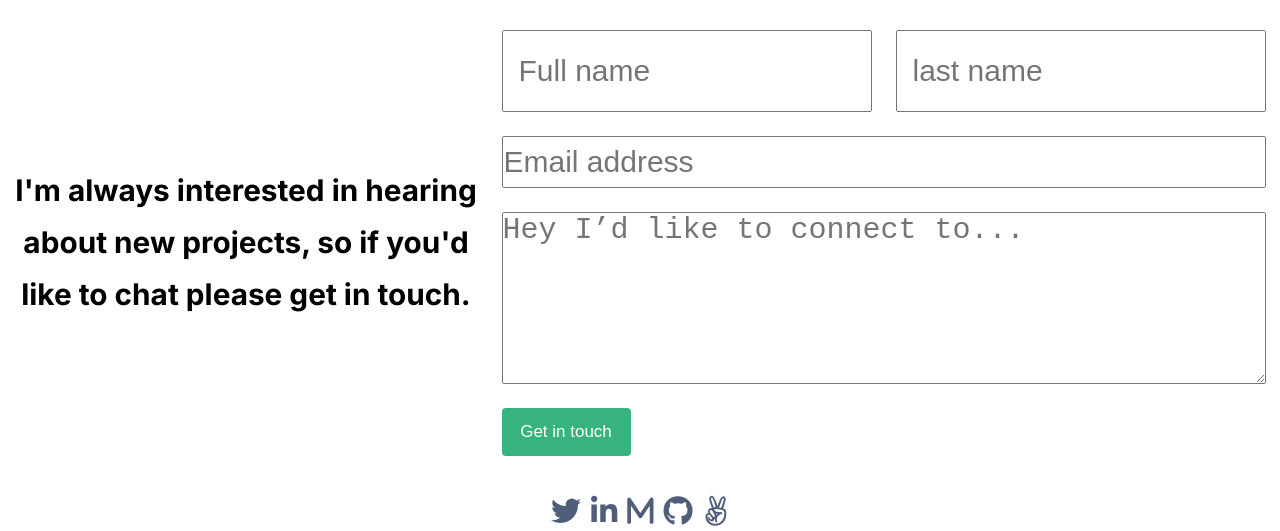
Repository: usman3123/portfolio-template-2
Page: index.html
An editor plug-in stored every save of this project. The page is shown before and after the next save, followed by the edit.
The browser window is 1280 px wide. The pictures show the part of the page from y = 3210 to 3741 px (the page is 3741 px tall).
A picture or video elsewhere on the page could not be fetched, so the positions and the page height are approximate. Some web libraries are served in a nearby version.

Above is the page before, as saved 2025-01-21 10:07:16.

After the next save:
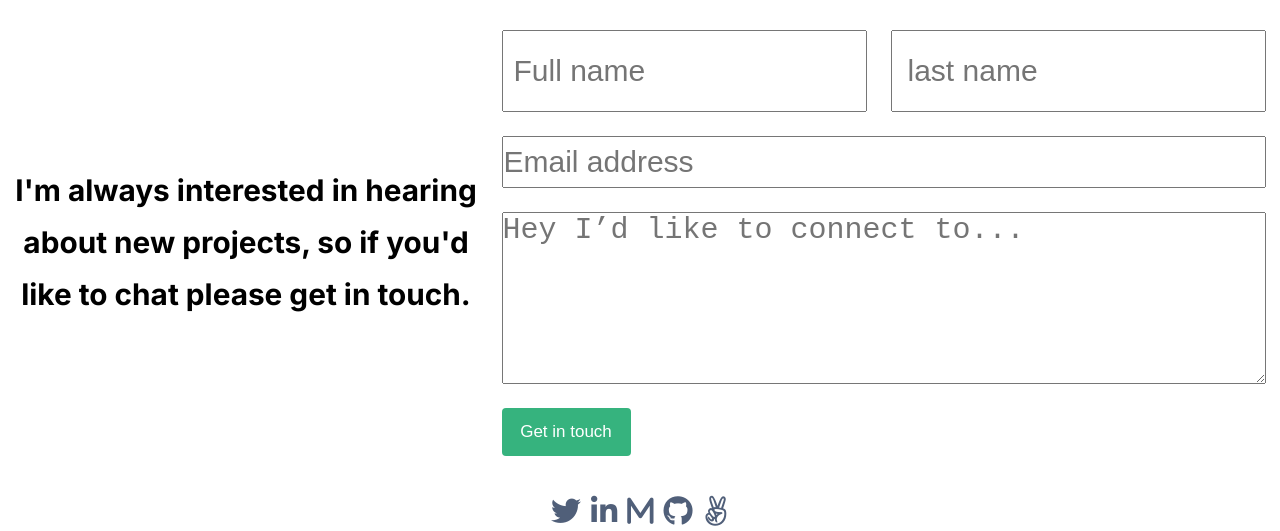
Saved 13 s later.
--- a/style.css
+++ b/style.css
@@ -305,7 +305,7 @@ h2::before {
 .input {
     line-height: 48px;
     width: 50%;
-    padding: 15px;
+    padding: 10px;
     font-size: 30px;
 }
 .input-last {
